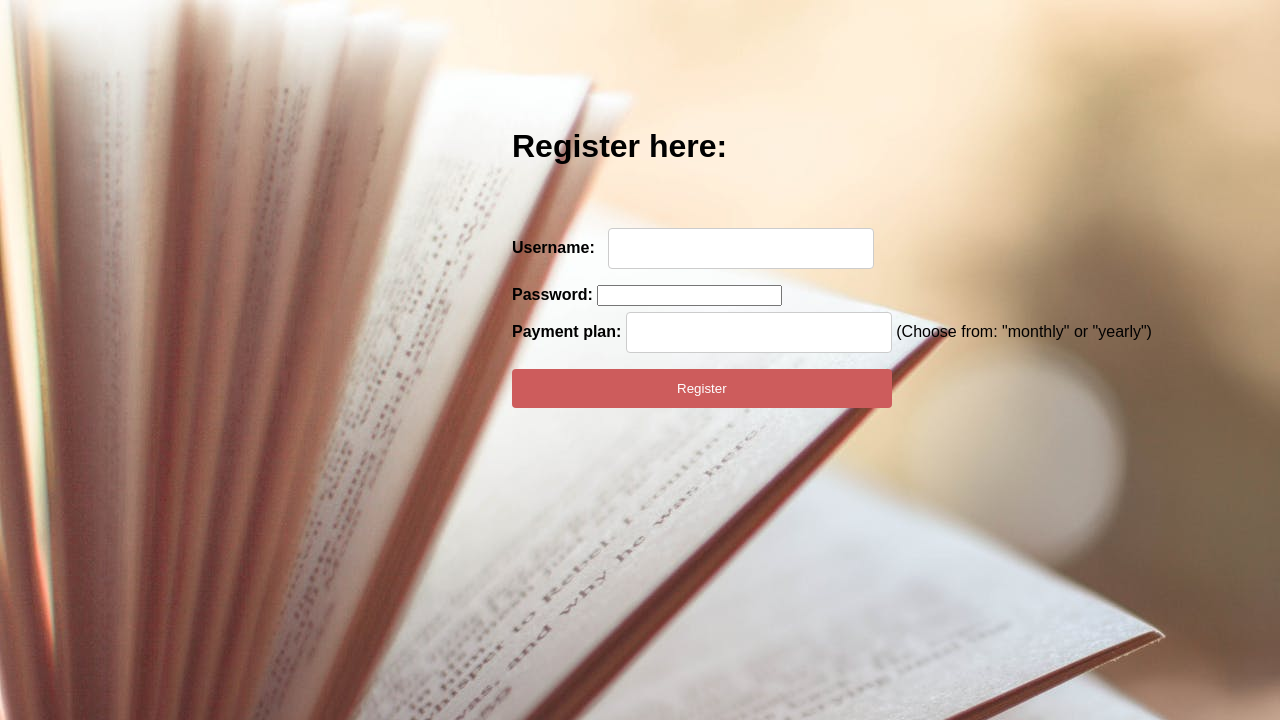
Repository: sd-2019-30238/assignment-1-AlexandraCzako97
Page: http://localhost/Assignment_2/Register
These files come from the project's save history. The page is drawn as it stood at one moment and after the next save; the edit follows.
The browser window is 1280 px wide. The pictures show the whole page.
The page is served by Tomcat 9. Other server files are loaded and not shown.

Above is the page before, as saved 2019-05-28 18:45:31.

### Assignment_3_PS/Assignment_2/WebContent/Register.jsp
<%@ page language="java" contentType="text/html; charset=ISO-8859-1"
    pageEncoding="ISO-8859-1"%>
<!DOCTYPE html>
<html>
<head>
<meta charset="ISO-8859-1">
<title>RegisterPage</title>
<style>
body {font-family: Arial;
      background-image: url("login.jpeg");
      margin-left: 40%;
      margin-top: 10%}


input[type=text], select, textarea {
  width: 35%;
  padding: 12px;
  border: 1px solid #ccc;
  border-radius: 4px;
  box-sizing: border-box;
  margin-top: 6px;
  margin-bottom: 16px;
  resize: vertical;
}

input[type=submit] {
  background-color: #CD5C5C;
  color: white;
  padding: 12px 165px;
  border: none;
  border-radius: 4px;
  cursor: pointer;

}

input[type=submit]:hover {
  background-color: #B22222;

}

</style>
</head>
<body>
<h1> Register here:</h1>
<br><br>

<form action="Register" method="post">

    <b>Username:</b>   &nbsp <input type="text" name="username"/><br>
    <b>Password:</b>   <input type="password" name="password" /><br>
    <b>Payment plan:</b>    <input type="text" name="payment_plan" /> (Choose from: "monthly" or "yearly")<br>
    <input type="submit" value="Register"/>

</form>

</body>
</html>

### Assignment_3_PS/Assignment_2/src/servlets/RegisterServlet.java
package servlets;

import java.io.IOException;
import java.sql.Connection;
import java.sql.DriverManager;
import java.sql.PreparedStatement;
import java.sql.SQLException;

import javax.servlet.RequestDispatcher;
import javax.servlet.ServletException;
import javax.servlet.http.HttpServlet;
import javax.servlet.http.HttpServletRequest;
import javax.servlet.http.HttpServletResponse;

import CQRS.WriteModel.BookWriteModel;
import CQRS.WriteModel.UserWriteModel;
import model.Mediator;
import model.User;


public class RegisterServlet extends HttpServlet{

	private static final long serialVersionUID = 1L;
	private UserWriteModel userModel;

	public RegisterServlet() {
		super();
		Mediator mediator= new Mediator();
		userModel= new UserWriteModel(mediator);


	}

	@Override
	protected void doGet(HttpServletRequest request, HttpServletResponse response) throws ServletException, IOException {
		RequestDispatcher reqDisp= request.getRequestDispatcher("/Register.jsp");
		reqDisp.forward(request, response);
	}

	@Override
	protected void doPost(HttpServletRequest req, HttpServletResponse response) throws ServletException, IOException{
		String username=req.getParameter("username");
		String password=req.getParameter("password");
		String validated_payment=req.getParameter("validated_payment");
		String payment_plan=req.getParameter("payment_plan");

		User usr=new User();
		usr.setUsername(username);
		usr.setPassword(password);
		usr.setPayment_plan(payment_plan);
		usr.setValidated_payment(validated_payment);

		String succeed=userModel.addUser(usr);

		if(succeed=="Success"){
			System.out.println("User added!");
		}else {
		System.out.println("User not added!");
		}


	}



}

### Assignment_3_PS/Assignment_2/src/model/Mediator.java
package model;

import java.util.ArrayList;
import java.util.List;

import CQRS.Handlers.IHandler;
import CQRS.WriteModel.ICommand;

public class Mediator {
	public List<IHandler> handlers;

	public Mediator() {
		handlers=new ArrayList<IHandler>();
	}

	public void registerHandler(IHandler handler) {
		handlers.add(handler);
	}

	public String handle(ICommand command) {
		String type=command.getCommandType();
		String result = null;
		for(IHandler h:handlers) {
			if(h.getCommandType().equals(type)) {
				result=h.handler(command);
			}
		}
		return result;
	}

}

### Assignment_3_PS/Assignment_2/src/CQRS/Handlers/IHandler.java
package CQRS.Handlers;

import CQRS.WriteModel.ICommand;

public interface IHandler {
	public String handler(ICommand command);
	public String getCommandType();

}

### Assignment_3_PS/Assignment_2/src/CQRS/WriteModel/ICommand.java
package CQRS.WriteModel;

public interface ICommand {
	public String getCommandType();

}

After the next save:
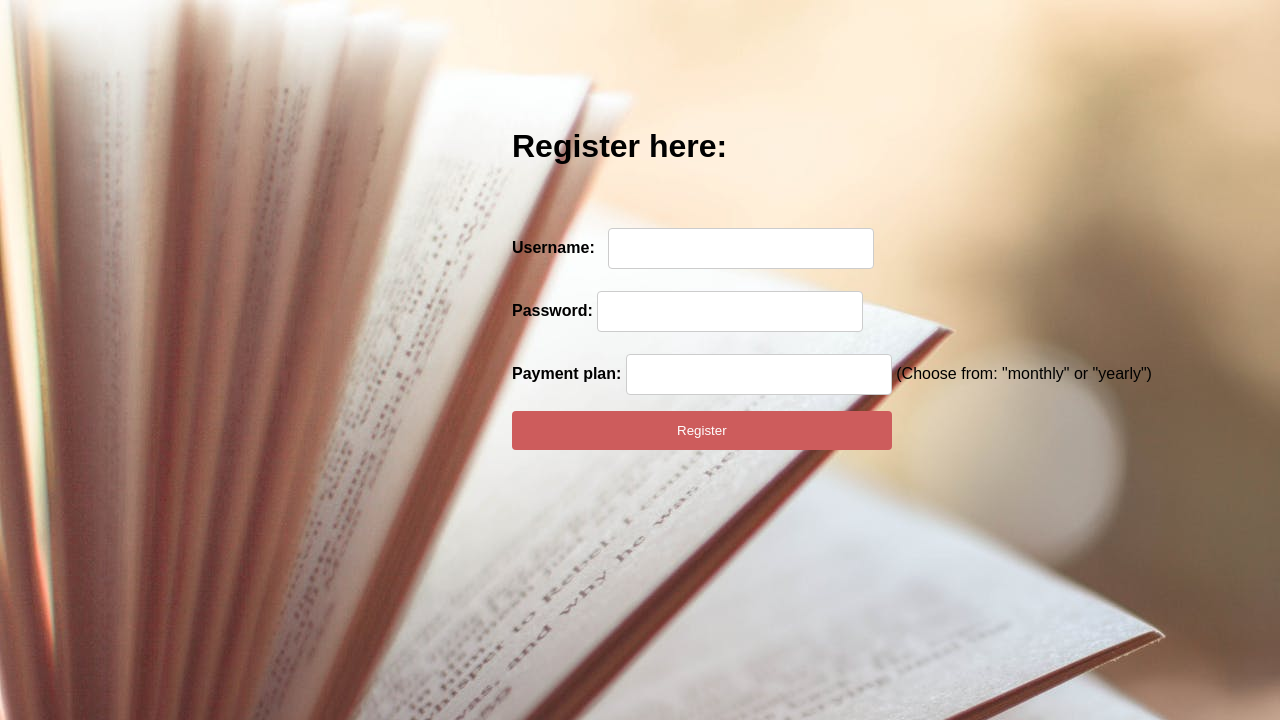
Saved 2 min 56 s later.
--- a/Assignment_3_PS/Assignment_2/WebContent/Register.jsp
+++ b/Assignment_3_PS/Assignment_2/WebContent/Register.jsp
@@ -13,6 +13,16 @@ body {font-family: Arial;
 
 
 input[type=text], select, textarea {
+  width: 35%;
+  padding: 12px;
+  border: 1px solid #ccc;
+  border-radius: 4px;
+  box-sizing: border-box;
+  margin-top: 6px;
+  margin-bottom: 16px;
+  resize: vertical;
+}
+input[type=password], select, textarea {
   width: 35%;
   padding: 12px;
   border: 1px solid #ccc;
